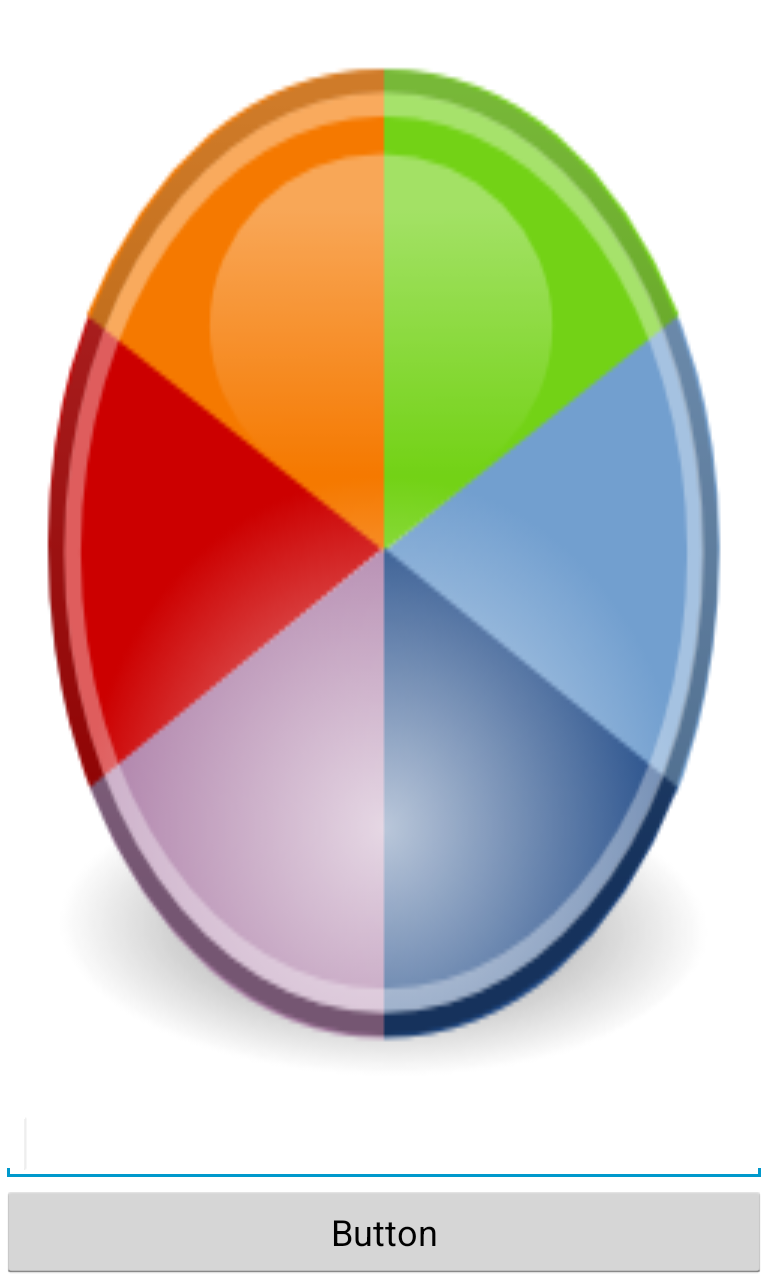
Repository: ya-ivanov/Android-Projects
Layout: Android Projects (OLD)/The Color App/TheColorApp/res/layout/activity_main.xml
An editor plug-in stored every save of this project. The layout is shown before and after the next save, followed by the edit.
It is drawn on a 768 x 1280 px phone screen (xhdpi) without system bars, with theme AppTheme; the app's code is not run.

Above is the layout before, as saved 2013-12-29 19:55:05.

### Android Projects (OLD)/The Color App/TheColorApp/res/layout/activity_main.xml
<LinearLayout xmlns:android="http://schemas.android.com/apk/res/android"
    android:layout_width="fill_parent"
    android:layout_height="fill_parent"
    android:orientation="vertical" >

    <ImageView
        android:id="@+id/image"
        android:layout_width="fill_parent"
        android:layout_height="wrap_content"
        android:layout_weight="0.84"
        android:background="@drawable/title" />

    <EditText
        android:id="@+id/colorHex"
        android:layout_width="match_parent"
        android:layout_height="wrap_content"
        android:ems="10" >

        <requestFocus />
    </EditText>

    <Button
        android:id="@+id/getColor"
        android:layout_width="match_parent"
        android:layout_height="wrap_content"
        android:text="Button" />

</LinearLayout>

Loaded but not shown: Android Projects (OLD)/The Color App/TheColorApp/res/values/styles.xml (common file); Android Projects (OLD)/The Color App/TheColorApp/res/values-v11/styles.xml (common file); Android Projects (OLD)/The Color App/TheColorApp/res/values-v14/styles.xml (common file)

After the next save:
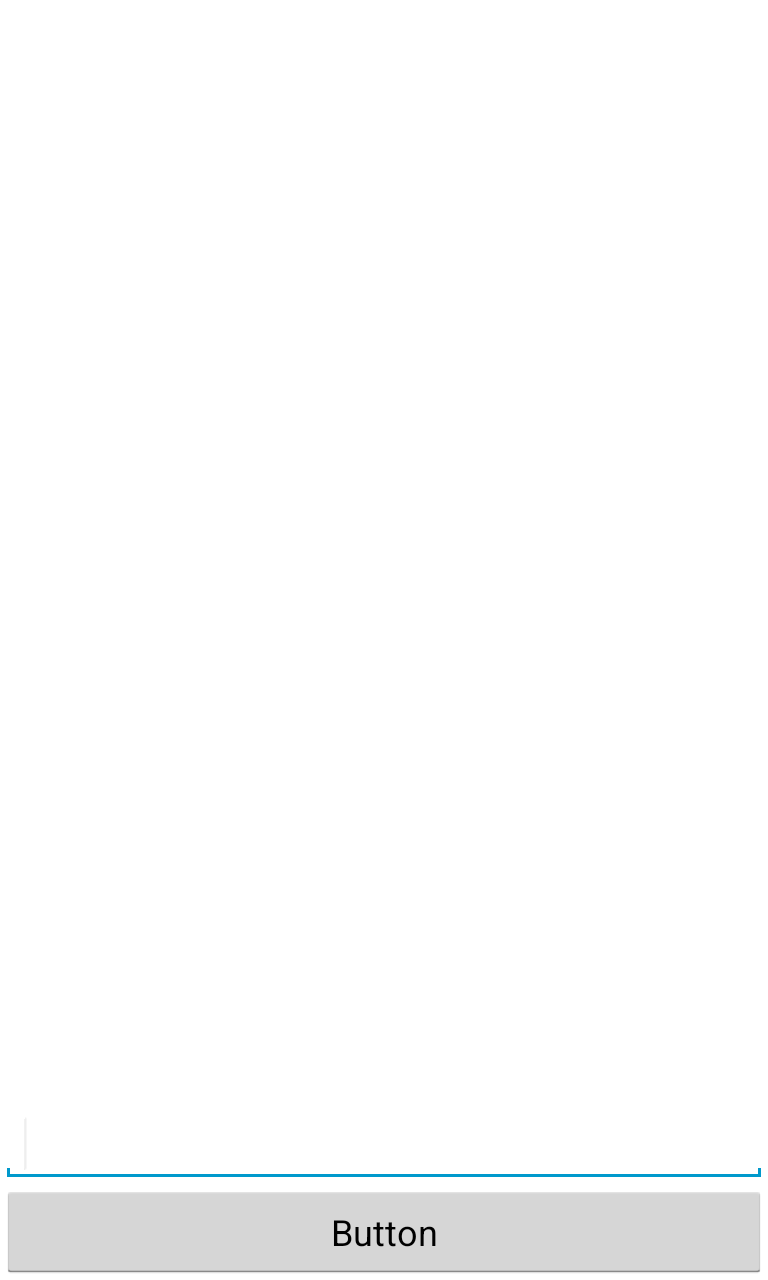
Saved 35 s later.
--- a/Android Projects (OLD)/The Color App/TheColorApp/res/layout/activity_main.xml
+++ b/Android Projects (OLD)/The Color App/TheColorApp/res/layout/activity_main.xml
@@ -8,7 +8,7 @@
         android:layout_width="fill_parent"
         android:layout_height="wrap_content"
         android:layout_weight="0.84"
-        android:background="@drawable/title" />
+        android:image="@drawable/title" />
 
     <EditText
         android:id="@+id/colorHex"
